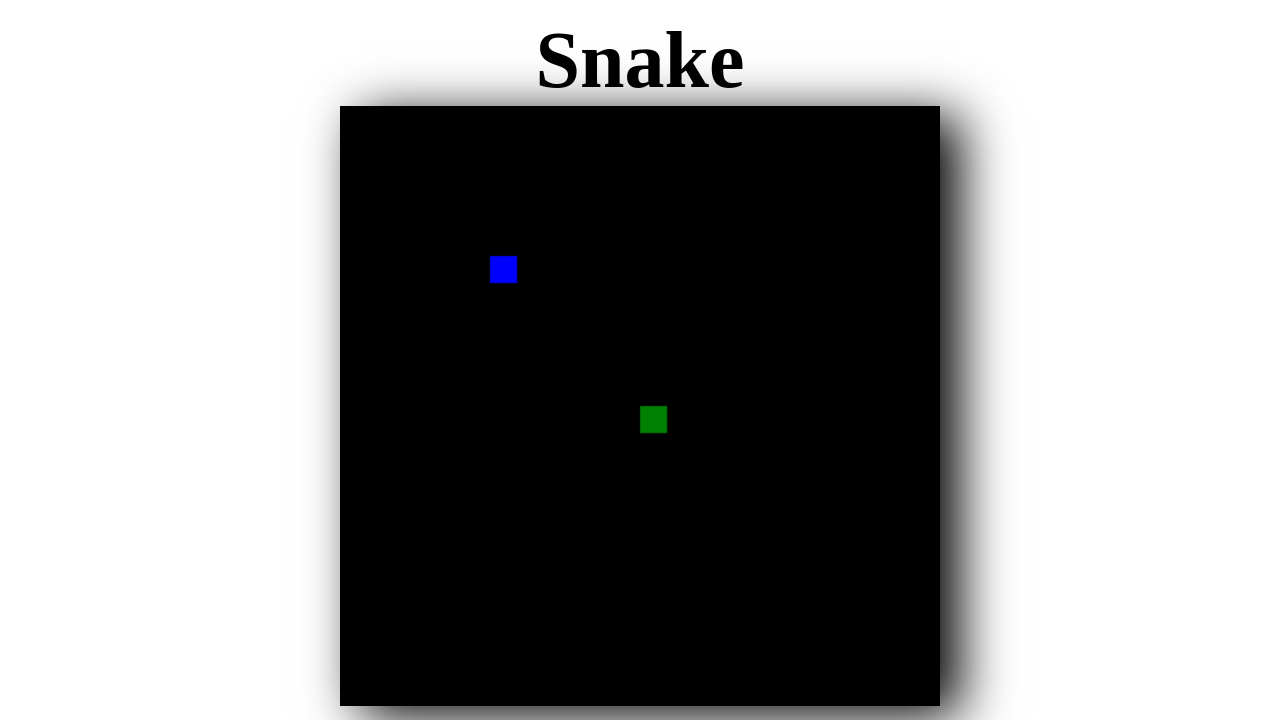
Repository: Ellisvelandia/snake
Page: index.html
An editor plug-in stored every save of this project. The page is shown before and after a run of saves, followed by the edit.
The browser window is 1280 px wide. The pictures show the whole page.

Above is the page before, as saved 2022-08-27 19:30:38.

After the next 3 saves:
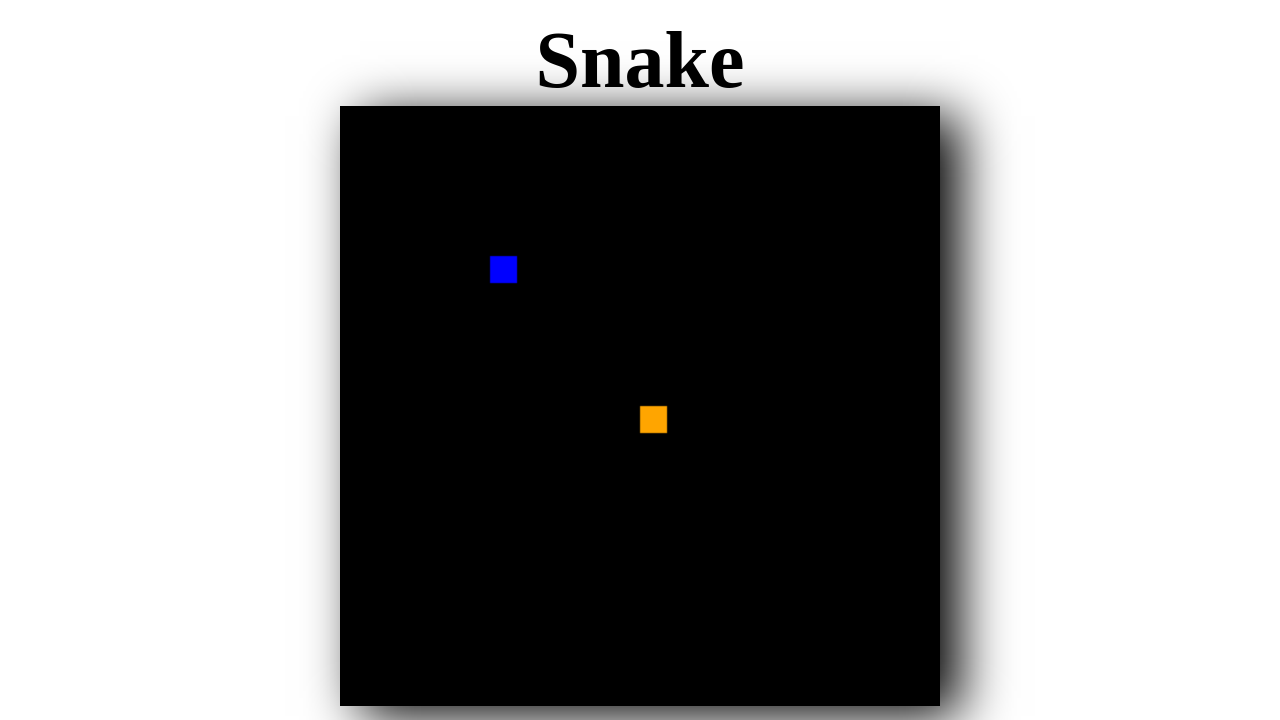
The 3 saves are shown as one change because they came seconds apart.
The last was saved 53 s later.
--- a/index.js
+++ b/index.js
@@ -41,9 +41,6 @@ function clearScreen() {
 }
 
 function drawSnake() {
-  ctx.fillStyle = "#ffa500	";
-  ctx.fillRect(headX * tileCount, headY * tileCount, tileSize, tileSize);
-
   ctx.fillStyle = "green";
   for (let i = 0; i < snakeParts.length; i++) {
     let part = snakeParts[i];
@@ -54,6 +51,8 @@ function drawSnake() {
   if (snakeParts.lengtt > tailLength) {
     snakeParts.shift();
   }
+  ctx.fillStyle = "#ffa500	";
+  ctx.fillRect(headX * tileCount, headY * tileCount, tileSize, tileSize);
 }
 
 function changeSnakePosition() {
